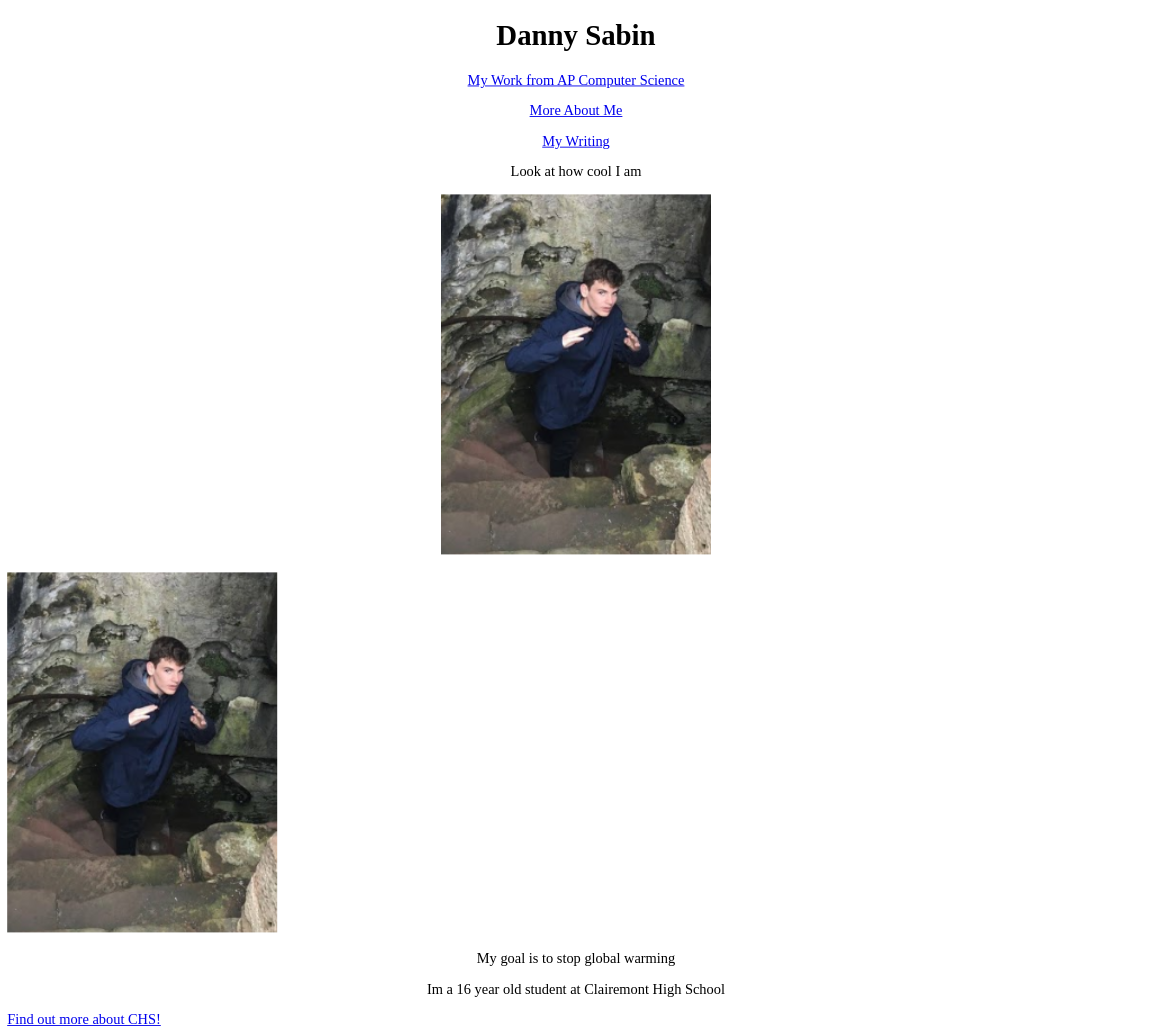
Repository: Danny3212/Danny3212.github.io
Page: index.html
The author's editor kept a record of every edit. The page is drawn from the files as they stood at one moment, then again after the next edit.
The browser window is 1280 px wide. The pictures show the whole page, at 90% of full size.

Above is the page before.

### index.html
<!DOCTYPE html>
<html>
<body>
<h1 style="text-align:center;">Danny Sabin</h1>
<p style="text-align:center;"><a href="apcs.html">My Work from AP Computer Science</a></p>
<p style="text-align:center;"><a href="danny.html">More About Me</a></p>
<p style="text-align:center;"><a href="writing.html">My Writing</a></p>


<p style="text-align:center;">Look at how cool I am</p>
<p style="text-align:center;"><img src="images/Danny background.PNG" alt="Karate Man" width="300" height="400"></p>
<img src="images/Danny background.PNG" alt="Karate Man" width="300" height="400">
<p style="text-align:center;">My goal is to stop global warming</p>
<p style="text-align:center;">Im a 16 year old student at Clairemont High School</p>
<a href="https://www.sandiegounified.org/schools/clairemont/" target="_blank"> Find out more about CHS!</a>

</body>
</html>

After the next edit:
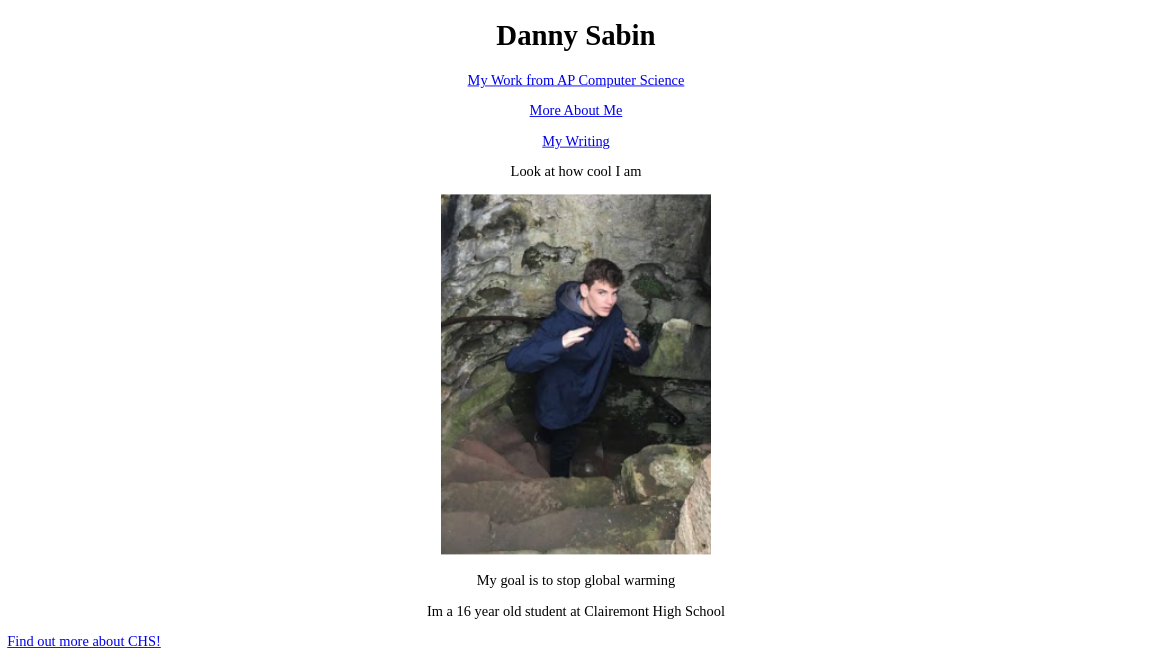
The edit:
--- a/index.html
+++ b/index.html
@@ -9,7 +9,6 @@
 
 <p style="text-align:center;">Look at how cool I am</p>
 <p style="text-align:center;"><img src="images/Danny background.PNG" alt="Karate Man" width="300" height="400"></p>
-<img src="images/Danny background.PNG" alt="Karate Man" width="300" height="400">
 <p style="text-align:center;">My goal is to stop global warming</p>
 <p style="text-align:center;">Im a 16 year old student at Clairemont High School</p>
 <a href="https://www.sandiegounified.org/schools/clairemont/" target="_blank"> Find out more about CHS!</a>
